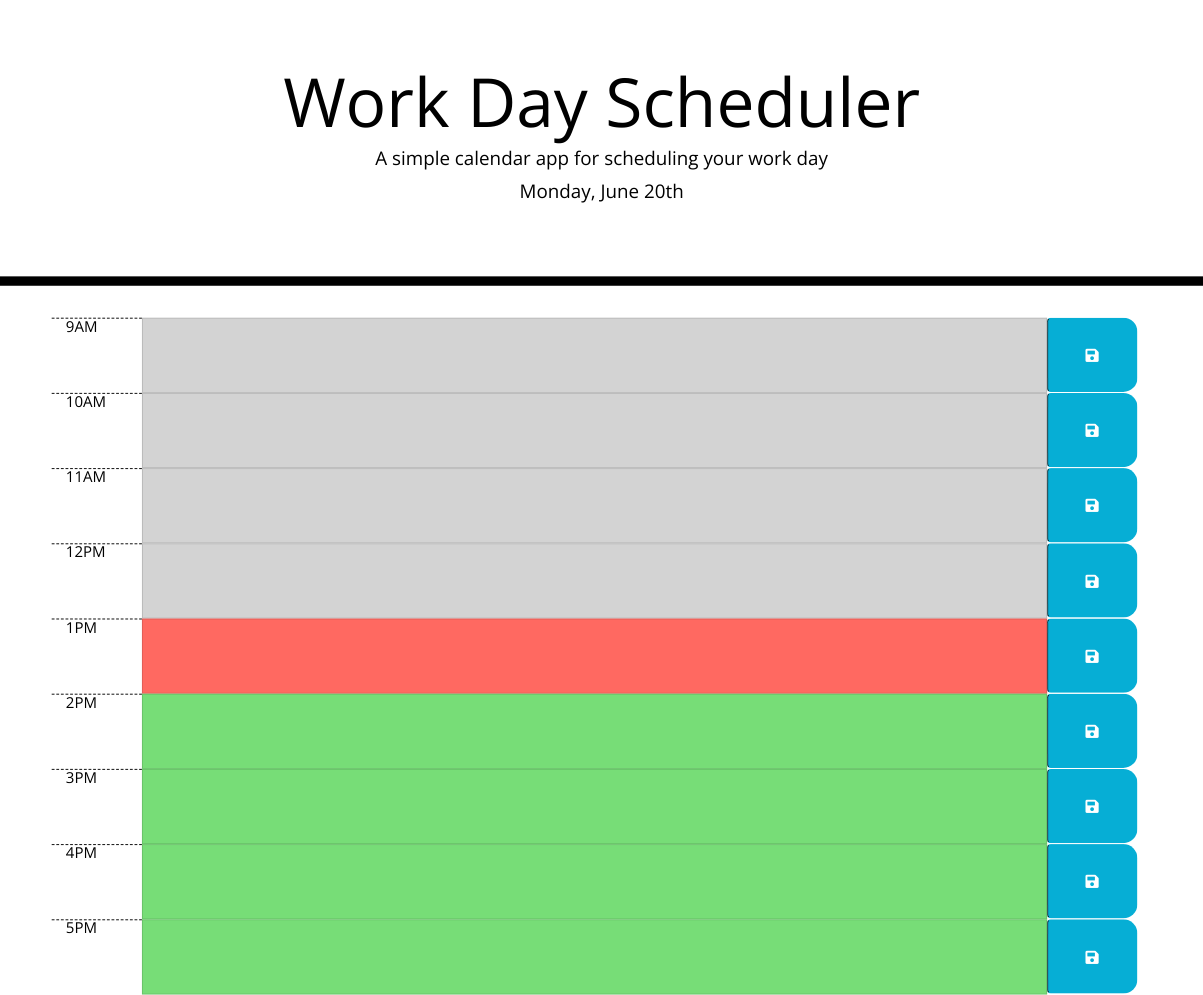
Repository: dtierney21/work-day-scheduler
Page: index.html
An editor plug-in stored every save of this project. The page is shown before and after the next save, followed by the edit.
The browser window is 1280 px wide. The pictures show the whole page, at 94% of full size.
Some web libraries are served in a nearby version.

Above is the page before, as saved 2022-06-28 15:30:03.

After the next save:
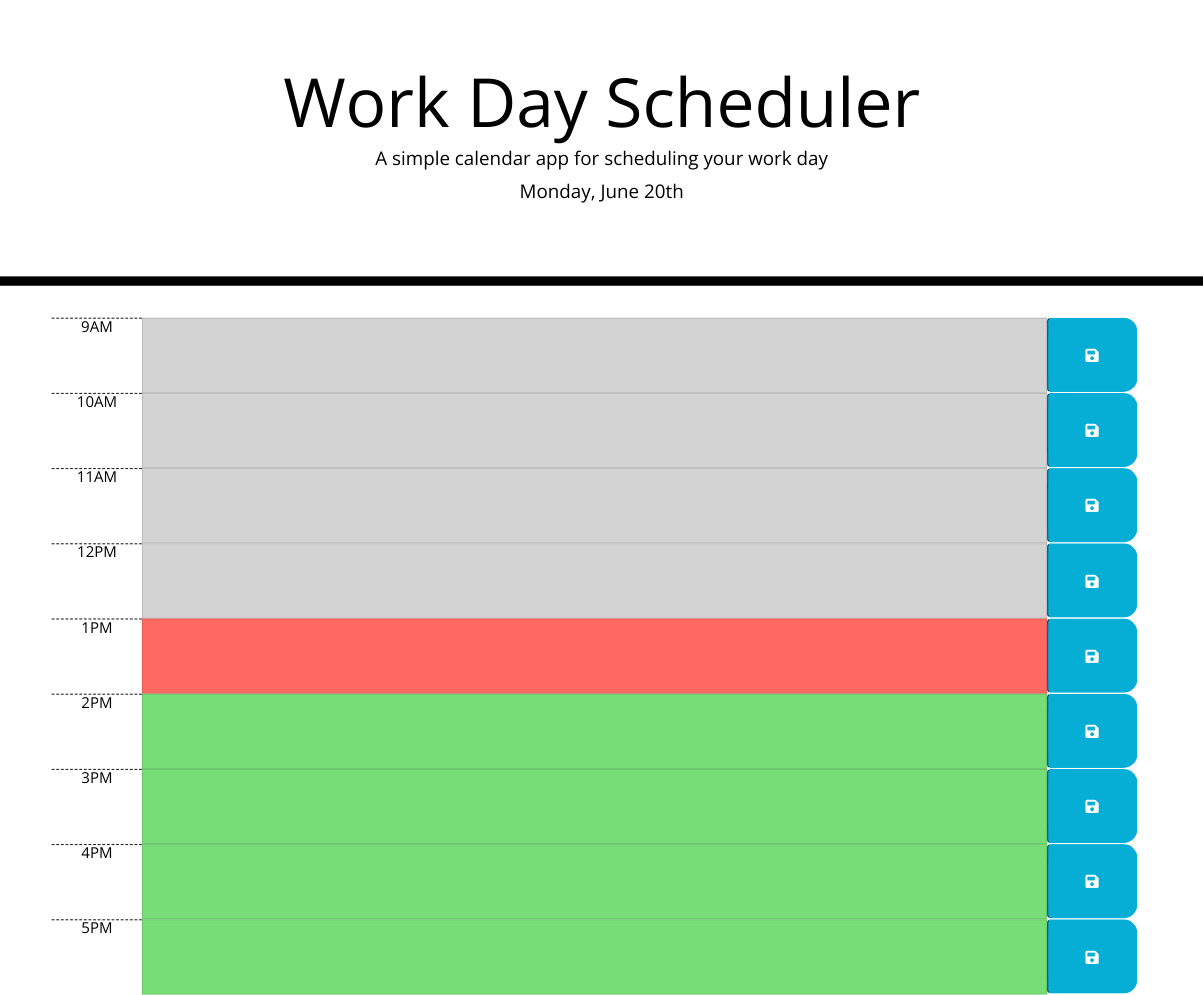
Saved 48 s later.
--- a/assets/css/style.css
+++ b/assets/css/style.css
@@ -41,10 +41,8 @@
   color: #000000;
   border-top: 1px dashed #000000;
   list-style-type: none;
-  /*
   text-align: center;
   justify-content: center;
-  */
 }
 
 .past {

After the save that followed:
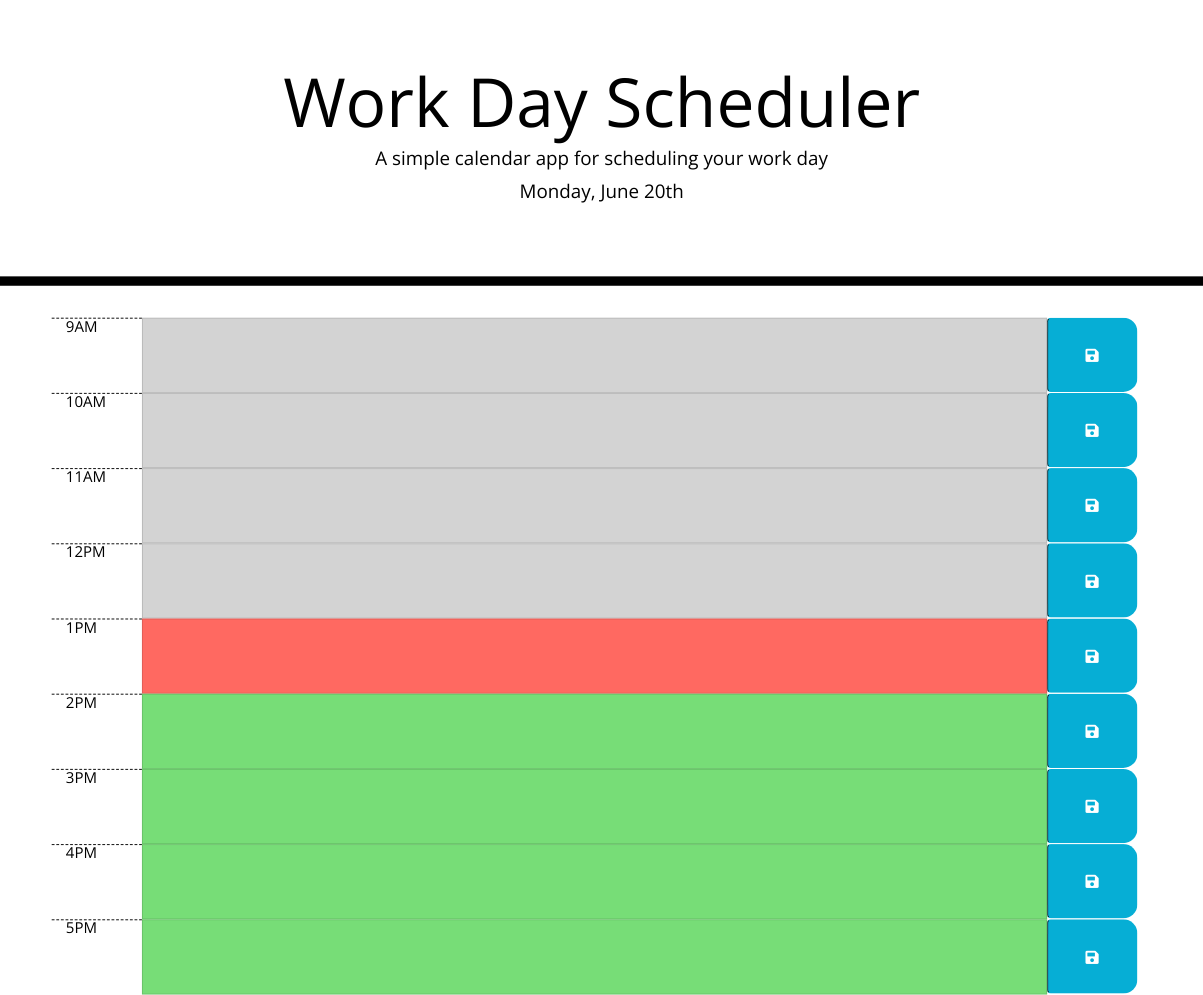
Saved 23 s later.
--- a/assets/css/style.css
+++ b/assets/css/style.css
@@ -41,8 +41,6 @@
   color: #000000;
   border-top: 1px dashed #000000;
   list-style-type: none;
-  text-align: center;
-  justify-content: center;
 }
 
 .past {
